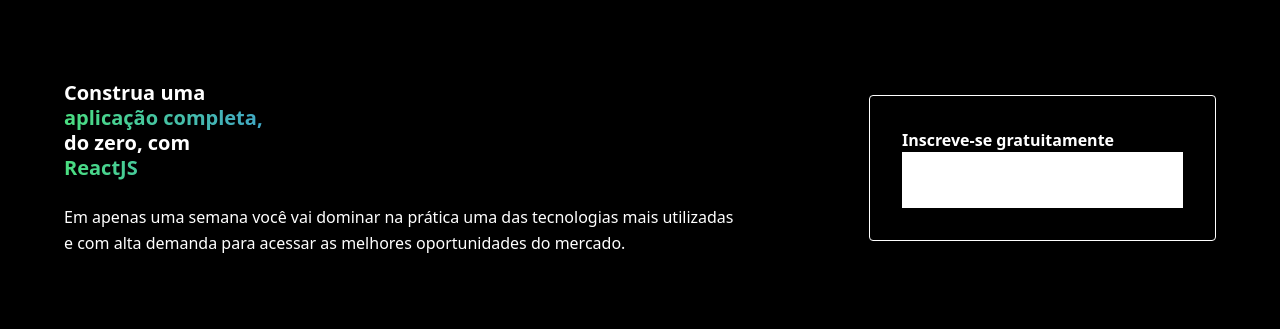
Repository: LuisSempre/Ignite-Lab---ReactJs-2022
Page: /
The author's editor kept a copy of each file at every save. The page is drawn from the files as they stood at one save, then again after the next save.
The browser window is 1280 px wide. The pictures show the whole page.
The project was rebuilt for these pictures with package versions that can differ from the ones it lists, and the page was loaded fresh each time. Also part of the build but not shown: vite.config.ts, components/Header.tsx, components/Lesson.tsx, components/Sidebar.tsx, pages/Event.tsx. Imported but missing from the stored project, and not drawn on this page: components/Video.

Above is the page before, as saved 2022-06-24 23:51:29.

### index.html
<!DOCTYPE html>
<html lang="en">
  <head>
    <meta charset="UTF-8" />
    <link rel="icon" type="image/svg+xml" href="/src/icon.png" />
    <meta name="viewport" content="width=device-width, initial-scale=1.0" />
    <title>Vite App</title>
  </head>
  <body>
    <div id="root"></div>
    <script type="module" src="/src/main.tsx"></script>
  </body>
</html>

### src/main.tsx
import React from 'react'
import ReactDOM from 'react-dom/client'
import App from './App'
import './index.css'

ReactDOM.createRoot(document.getElementById('root')!).render(
  <React.StrictMode>
      <App />
  </React.StrictMode>
)

### src/App.tsx
import { ApolloProvider, gql, useQuery } from "@apollo/client"
import { Router } from "../Router"
import { client } from '../lib/apollo'
import { BrowserRouter } from "react-router-dom"

function App() {
  return (
    <ApolloProvider client={client}>
      <BrowserRouter>
        <Router />
      </BrowserRouter>
    </ApolloProvider>
  )
}

export default App

### Router.tsx
import { Route, Routes } from "react-router-dom";
import { Event } from './pages/Event'
import { Subscribe } from './pages/Subscribe'
export function Router() {
    return(
      <Routes>
           <Route path="/" element={<Subscribe />}/>
           <Route path="/event" element={<Event />}/>
           <Route path="/event/lesson/:slug" element={<Event />}/>
      </Routes>
    )
}

### lib/apollo.ts
import { ApolloClient, InMemoryCache } from "@apollo/client";

export const client = new ApolloClient({
  uri: 'https://api-sa-east-1.graphcms.com/v2/cl4n4k5w68h3x01yra00r5rzf/master',
  cache: new InMemoryCache(),
})

### pages/Subscribe.tsx
export function Subscribe() {

    return (
        <div className='flex flex-col items-center min-h-screen'>
            <div className="flex items-center justify-between w-full max-w-6xl mx-auto mt-20">
                <div className="max-w-2xl">
                    <h1 className="mb-6 text-xl font-extrabold leading-tight">
                        Construa uma&nbsp;
                         <span className="block w-full text-transparent bg-clip-text bg-gradient-to-r from-green-400 via-blue-500 to-purple-500">
                            aplicação completa,&nbsp;
                        </span>
                        do zero, com&nbsp;
                         <span className="block w-full text-transparent bg-clip-text bg-gradient-to-r from-green-400 via-blue-500 to-purple-500">
                             ReactJS
                        </span>
                    </h1>
                    <p className="leading-relaxed">
                        Em apenas uma semana você vai dominar na prática uma das tecnologias mais utilizadas e com alta demanda para acessar as melhores oportunidades do mercado.
                    </p>
                </div>
                <div className="p-8 border border-white rounded">
                    <strong>Inscreve-se gratuitamente</strong>
                    <form action="" className="flex flex-col w-full gap-2">
                        <input className="px-6 border border-white h-14" type="text" />
                    </form>
                </div>
            </div>
        </div>
    )
}

Loaded but not shown: src/index.css (common file); tailwind.config.js (common file)

After the next save:
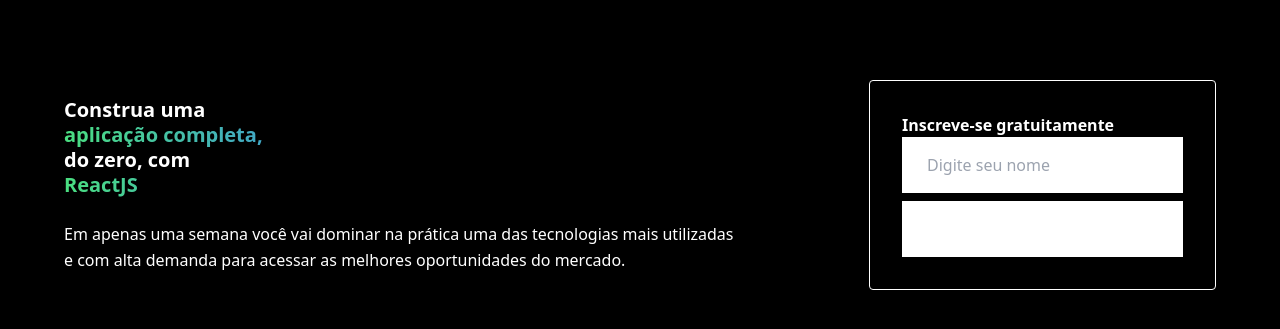
Saved 33 s later.
--- a/pages/Subscribe.tsx
+++ b/pages/Subscribe.tsx
@@ -21,6 +21,7 @@
                 <div className="p-8 border border-white rounded">
                     <strong>Inscreve-se gratuitamente</strong>
                     <form action="" className="flex flex-col w-full gap-2">
+                        <input className="px-6 border border-white h-14" type="text" placeholder="Digite seu nome"/>
                         <input className="px-6 border border-white h-14" type="text" />
                     </form>
                 </div>
